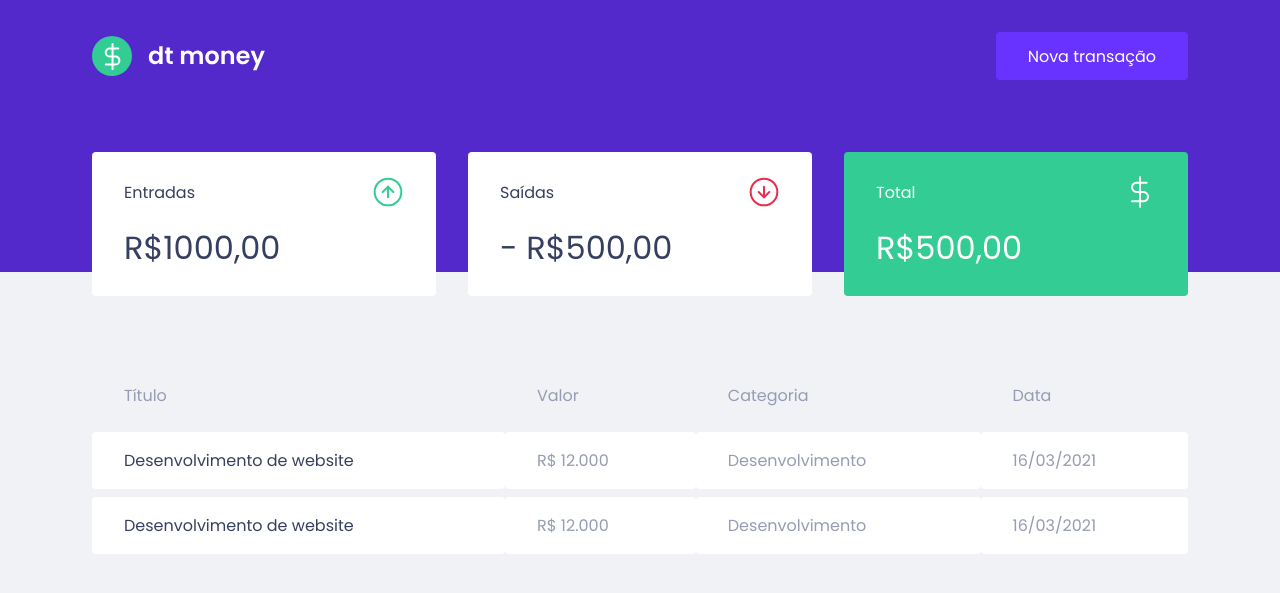
Repository: victoriandujar/ignite-dtmoney
Page: /
These files come from the project's save history. The page is drawn as it stood at one moment and after the next save; the edit follows.
The browser window is 1280 px wide. The pictures show the whole page.
The project was rebuilt for these pictures with package versions that can differ from the ones it lists, and the page was loaded fresh each time.

Above is the page before, as saved 2021-03-22 19:05:15.

### public/index.html
<!DOCTYPE html>
<html lang="en">
  <head>
    <link rel="preconnect" href="https://fonts.gstatic.com">
    <meta charset="utf-8" />
    <link rel="icon" href="%PUBLIC_URL%/favicon.ico" />
    <meta name="viewport" content="width=device-width, initial-scale=1" />
    <link href="https://fonts.googleapis.com/css2?family=Poppins:wght@400;600&display=swap" rel="stylesheet">

    <title>dt money</title>
  </head>
  <body>
    <noscript>You need to enable JavaScript to run this app.</noscript>
    <div id="root"></div>
  </body>
</html>

### src/App.tsx
import React from 'react';

import { GlobalStyle } from './styles/global';
import { Header } from './components/Header';
import { Dashboard } from './components/Dashboard';

function App() {
  return (
    <>
      <GlobalStyle />
      <Header />
      <Dashboard />
    </>
  );
}

export default App;

### src/styles/global.js
import { createGlobalStyle } from 'styled-components';

export const GlobalStyle = createGlobalStyle`
    :root {
        --background: #f9f2f5;
        --red: #E52E4D;
        --green: #33CC95;
        --blue: #5429CC;

        --blue-light: #6933FF;

        --text-title: #363F5F;
        --text-body: #969CB3;

        --background: #F0F2F5;
        --shape: #FFFFFF;
    }

    * {
        margin: 0;
        padding: 0;
        box-sizing: border-box;
    }

    html {
        @media (max-width: 1088px) {
            font-size: 93.75%;
        }

        @media (max-width: 720px) {
            font-size: 87.5%;
        }
    }

    body {
        background: var(--background);
        -webkit-font-smoothing: antialised;
    }

    body, input, textarea, button {
        font-family: 'Poppins', sans-serif;
        font-weight: 400;
    }

    h1, h2, h3, h4, h5, h6, strong {
        font-weight: 600;
    }

    button {
        cursor: pointer;
    }

    [disabled] {
        opacity: 0.6;
        cursor: not-allowed;
    }
`;

### src/components/Header/index.tsx
import React from 'react';

import Logo from '../../assets/logo.svg';

import { Container, Content } from './styles';

export function Header() {
    return(
        <Container>
            <Content>
                <img src={Logo} alt="logo dt money" />
                <button type="button">Nova transação</button>
            </Content>
        </Container>
    );
}

### src/components/Dashboard/index.tsx
import React from 'react';

import { Container } from './styles';

import { Summary } from '../Summary';
import { TransactionsTable } from '../TransactionsTable'

export function Dashboard() {
    return(
        <Container>
            <Summary />
            <TransactionsTable />
        </Container>
    );
}

### src/components/Header/styles.ts
import styled from 'styled-components';

export const Container = styled.header`
  background: var(--blue);
`;

export const Content = styled.div`
    max-width: 1128px;
    margin: 0 auto;

    padding: 2rem 1rem 12rem;
    display: flex;
    align-items: center;
    justify-content: space-between;

    button {
        font-size: 1rem;
        color: #fff;
        background: var(--blue-light);
        border: 0;
        padding: 0 2rem;
        border-radius: 0.25rem;
        height: 3rem;
        transition: filter 0.2s;

        &:hover {
            filter: brightness(0.9);
        }
    }
`;

### src/components/Dashboard/styles.ts
import styled from 'styled-components';

export const Container = styled.div`
  max-width: 1128px;
  margin: 0 auto;
  padding: 2.5rem 1rem;
`;

### src/components/Summary/index.tsx
import React from 'react';

import IncomeImg from '../../assets/income.svg';
import OutcomeImg from '../../assets/outcome.svg';
import TotalImg from '../../assets/total.svg';

import { Container } from './styles';

export function Summary() {
    return(
        <Container>
            <div>
                <header>
                    <p>Entradas</p>
                    <img src={IncomeImg} alt="Entrada"/>
                </header>
                <strong>R$1000,00</strong>
            </div>

            <div>
                <header>
                    <p>Saídas</p>
                    <img src={OutcomeImg} alt="Saida"/>
                </header>
                <strong>- R$500,00</strong>
            </div>

            <div className="green">
                <header>
                    <p>Total</p>
                    <img src={TotalImg} alt="Total"/>
                </header>
                <strong>R$500,00</strong>
            </div>
        </Container>
    );
}

### src/components/TransactionsTable/index.tsx
import React from 'react';

import { Container } from './styles';

export function TransactionsTable() {
    return(
        <Container>
            <table>
                <thead>
                    <tr>
                        <th>Título</th>
                        <th>Valor</th>
                        <th>Categoria</th>
                        <th>Data</th>
                    </tr>
                </thead>
                <tbody>
                    <tr>
                        <td>Desenvolvimento de website</td>
                        <td className="deposit">R$ 12.000</td>
                        <td>Desenvolvimento</td>
                        <td>16/03/2021</td>
                    </tr>

                    <tr>
                        <td>Desenvolvimento de website</td>
                        <td className="withdraw">R$ 12.000</td>
                        <td>Desenvolvimento</td>
                        <td>16/03/2021</td>
                    </tr>
                </tbody>
            </table>
        </Container>
    );
}

### src/components/Summary/styles.ts
import styled from 'styled-components';

export const Container = styled.div`
  display: grid;
  grid-template-columns: repeat(3, 1fr);
  gap: 2rem;
  margin-top: -10rem;

  div {
      background: var(--shape);
      padding: 1.5rem 2rem;
      border-radius: 0.25rem;
      color: var(--text-title);

      header {
          display: flex;
          align-items: center;
          justify-content: space-between;
      }

      strong {
          display: block;
          margin-top: 1rem;
          font-size: 2rem;
          font-weight: 500;
          line-height: 3rem;
      }

      &.green {
          background: var(--green);
          color: #fff;
      }
  }
`;

### src/components/TransactionsTable/styles.ts
import styled from 'styled-components';

export const Container = styled.div`
  margin-top: 4rem;

  table {
      width: 100%;
      border-spacing: 0 0.5rem;
  }

  th {
      color: var(--text-body);
      font-weight: 400;
      padding: 1rem 2rem;
      text-align: left;
      line-height: 1.5rem;
  }

  td {
      padding: 1rem 2rem;
      border: 0;
      background: var(--shape);
      color: var(--text-body);
      border-radius: 0.25rem;

      &:first-child {
          color: var(--text-title);
      }
  }
`;

Loaded but not shown: src/index.tsx (common file)

After the next save:
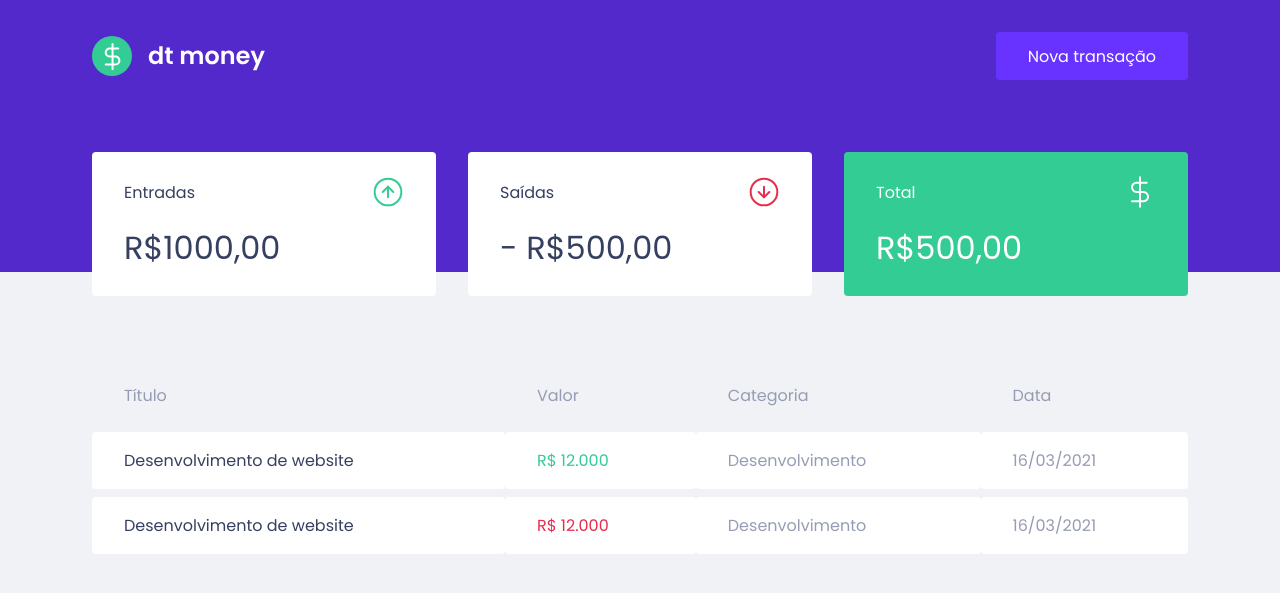
Saved 22 s later.
--- a/src/components/TransactionsTable/styles.ts
+++ b/src/components/TransactionsTable/styles.ts
@@ -26,5 +26,13 @@
       &:first-child {
           color: var(--text-title);
       }
+
+      &.deposit {
+          color: var(--green);
+      }
+
+      &.withdraw {
+          color: var(--red);
+      }
   }
 `;
